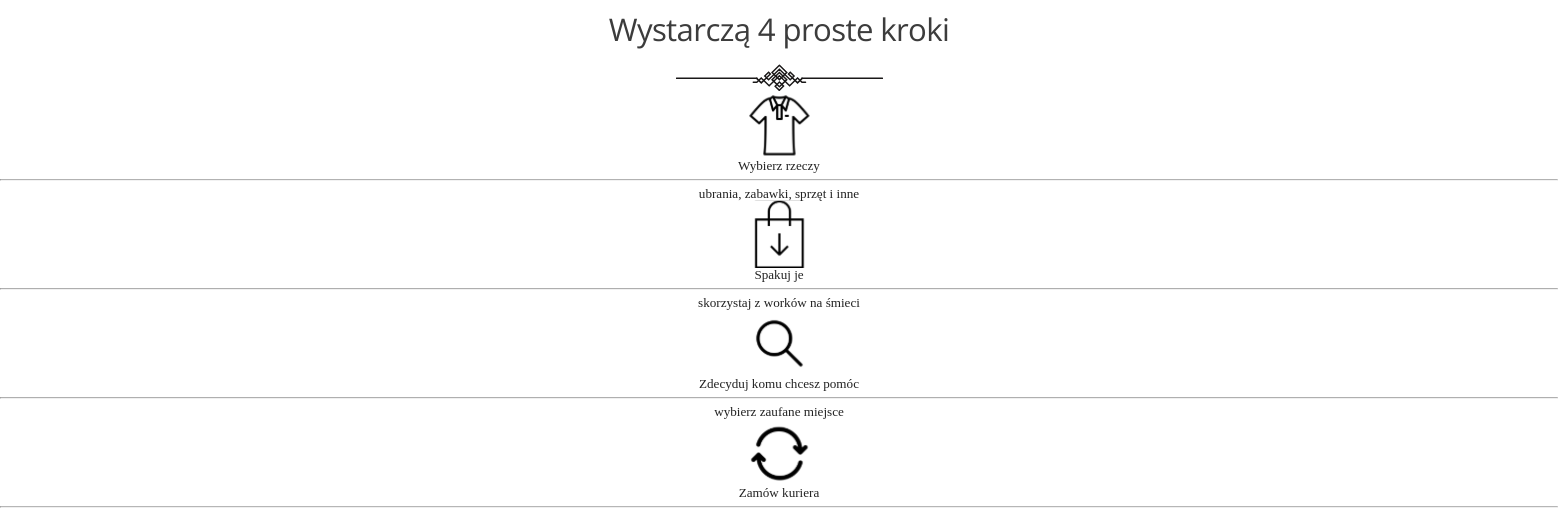
Repository: tomekwoojcik/oddam-w-dobre-rence
Page: /
The author's editor kept a copy of each file at every save. The page is drawn from the files as they stood at one save, then again after the next save.
The browser window is 1280 px wide. The page is 1900 px wide, so the pictures cover 1900 px, including what lies to the right of the window. The pictures show the part of the page from y = 1386 to 2030 px (the page is 2014 px tall before and 2030 px after), at 82% of full size.
The project was rebuilt for these pictures with package versions that can differ from the ones it lists, and the page was loaded fresh each time. Also part of the build but not shown: src/pages/logIn/logIn.js, src/pages/register/register.js.

Above is the page before, as saved 2022-12-07 20:32:00.

### public/index.html
<!DOCTYPE html>
<html lang="en">
  <head>
    <meta charset="utf-8" />
    <link rel="icon" href="%PUBLIC_URL%/favicon.ico" />
    <meta name="viewport" content="width=device-width, initial-scale=1" />
    <meta name="theme-color" content="#000000" />
    <meta
      name="description"
      content="Web site created using create-react-app"
    />
    <link rel="apple-touch-icon" href="%PUBLIC_URL%/logo192.png" />
    <link rel="manifest" href="%PUBLIC_URL%/manifest.json" />
    <title>React App</title>
    <link rel="preconnect" href="https://fonts.googleapis.com">
    <link rel="preconnect" href="https://fonts.gstatic.com" crossorigin>
    <link
      href="https://fonts.googleapis.com/css2?family=Merriweather:ital,wght@0,300;0,400;0,700;0,900;1,300;1,400;1,700;1,900&family=Open+Sans:ital,wght@0,300;0,400;0,500;0,600;0,700;0,800;1,300;1,400;1,500;1,600;1,700;1,800&display=swap"
      rel="stylesheet">
  </head>
  <body>
    <div id="root"></div>
  </body>
</html>

### src/index.js
import React from 'react'
import ReactDOM from 'react-dom/client'
import './scss/main.scss'
import App from './App'
import reportWebVitals from './reportWebVitals'

const root = ReactDOM.createRoot(document.getElementById('root'))
root.render(
  <React.StrictMode>
    <App />
  </React.StrictMode>
)

// If you want to start measuring performance in your app, pass a function
// to log results (for example: reportWebVitals(console.log))
// or send to an analytics endpoint. Learn more: https://bit.ly/CRA-vitals
reportWebVitals()

### src/scss/main.scss
@import './reset';
@import './settings/colors';
@import './settings/fonts';
@import '../components/atoms/buttonsMenu/buttonsMenu';
@import '../components/molecules/navMenu/navMenu';
@import '../components/atoms/buttonsLoginLogout/buttonsLoginLogout';
@import '../components/molecules/navLoginLogout/navLoginLogout';
@import '../components/molecules/menu/menu';
@import '../components/atoms/photoInHeader/photoInHeader.scss';
@import '../components/organisms/header/header';
@import '../components/atoms/partTextInHeader/firstPartText';
@import '../components/molecules/rightPart/rightPart';
@import '../components/molecules/textInHeader/textInHeader';
@import '../components/atoms/decorationAssets/decorationAssets';
@import '../components/molecules/menuRightPartContext/menuRightPartContext';
@import '../components/atoms/buttonsInRightPartContext/buttonsInRightPartContext';
@import '../components/organisms/threeColumns/threeColumns';
@import '../pages/home/home';
@import '../components/molecules/oneColumn/oneColumn';
@import '../components/atoms/counterInColumn/counterInColumn';
@import '../components/atoms/titleInColumn/titleInColumn';
@import '../components/atoms/textInColumn/textInColumn';
@import '../components/atoms/simpleStepsTitle/simpleStepsTitle';
@import '../components/organisms/simpleSteps/simpleSteps';

* {
    font-family: $font-base;
}

### src/App.js
/* eslint-disable react/react-in-jsx-scope */
import { Outlet, Route, Routes } from 'react-router'
import { BrowserRouter } from 'react-router-dom'
import Home from './pages/home/home'
import './App.css'
import LogIn from './pages/logIn/logIn'
import Register from './pages/register/register'

function App () {
  return (
    <div className="App">
      <Outlet />
      <BrowserRouter>
        <Routes>
          <Route path='/' element={<Home />} />
          <Route path='logowanie' element={<LogIn />} />
          <Route path='rejestracja' element={<Register />} />
        </Routes>

      </BrowserRouter>
    </div>
  )
}

export default App

### src/scss/settings/_colors.scss
$white-color: #F0F1F1;
$mustard-color: #5E5322;
$strong-yellow-color: #FAD648;
$grey-color: #737373;
$black-color: #3C3C3C;

### src/components/atoms/buttonsMenu/_buttonsMenu.scss
@import '../../../scss/settings/fonts';
@import '../../../scss/settings/colors';

.buttonItem {
    .button {
        font-size: 18px;
        padding: 9px 20px;
        color: $black-color;
        text-decoration: none;
        font-family: $font-base;
        border: 0.75px solid white;
    }

    .button:hover{
        border: 0.75px solid $black-color;
    }
}

### src/components/molecules/navMenu/_navMenu.scss
@import '../../../scss/settings/fonts';
@import '../../../scss/settings/colors';

.buttonList {
    margin-top: 10px;
    display: flex;
    flex-direction: row;
    justify-content: flex-end;
    margin-right: 142px;
}

### src/components/atoms/buttonsLoginLogout/_buttonsLoginLogout.scss
@import '../../../scss/settings/fonts';
@import '../../../scss/settings/colors';

.buttonMenuItems {
    .buttonMenu {
        font-family: $font-base;
        font-size: 14px;
        text-decoration: none;
        color: $grey-color;
        padding: 9px 10px;
        margin-left: 20px;
        border: 0.75px solid white;
    }

    .buttonMenu:hover{
        border-color: $strong-yellow-color;
    }
}

### src/components/molecules/navLoginLogout/_navLoginLogout.scss
.buttonMenuList{
    display: flex;
    flex-direction: row;
    justify-content: flex-end;
    margin-right: 142px;
    margin-bottom: 60px;
}

### src/components/molecules/menu/_menu.scss
.menu {
    width: 100%;
    margin-top: 37px;
    flex-direction: column;
}

### src/components/atoms/photoInHeader/_photoInHeader.scss
.photoHeader {
    width: 885px;
    height: 963px;
}

### src/components/organisms/header/_header.scss
.header {
    display: flex;
    flex-direction: row;
    width: 1758px;
}

### src/components/atoms/partTextInHeader/_firstPartText.scss
@import '../../../scss/settings/fonts';
@import '../../../scss/settings/colors';

.textInHeader{
    font-family: $font-base;
    font-size: 38px;
    margin-bottom: 10px;
}

### src/components/molecules/rightPart/_rightPart.scss
.rightPartHeader{
    display: flex;
    flex-direction: column;
}

### src/components/molecules/textInHeader/_textInHeader.scss
.textIn{
    margin-top: 210px;
}

### src/components/atoms/decorationAssets/_decorationAssets.scss
.decorationAssets {
    width: 253px;
    height: 33px;
    align-self: center;
    margin-top: 25px;
}

### src/components/molecules/menuRightPartContext/_menuRightPartContext.scss
.menuRightPartContext{
    display: flex;
    flex-direction: row;
    justify-content: center;
    margin-top: 65px;
}

### src/components/atoms/buttonsInRightPartContext/_buttonsInRightPartContext.scss
@import '../../../scss/settings/fonts';
@import '../../../scss/settings/colors';
@import '../../../scss/settings/otherVariables';

.buttonItemMenuContext {
    width: 250px;
    border: $border;
    padding: 13px 51px;

    .buttonMenuContext {

        text-transform: uppercase;
        text-decoration: none;
        color: $black-color;
        font-size: 36px;
        letter-spacing: 0.76px;
        word-wrap: break-word;
        font-family: $font-base;
        font-weight: 300;
    }

}

.buttonItemMenuContext:nth-child(2) {
    margin-left: 44px;
}

### src/scss/settings/_otherVariables.scss
@import '../settings/colors';
@import '../settings/colors';

$border: 0.75px solid $black-color;

### src/components/organisms/threeColumns/_threeColumns.scss
.threeColumns{
    background: url(../../../assets/backGround.png) ;
    width: 100%;
    display: flex;
    flex-direction: row;
    justify-content: space-around;
}

### src/pages/home/_home.scss
.homePage{
    width: 1900px;
    margin: 0 auto;
}

### src/components/molecules/oneColumn/_oneColumn.scss
.oneColumn {
    display: flex;
    flex-direction: column;
    justify-content: center;
    width: 334px;
    height: 252px;
    padding-top: 46px;
    padding-bottom: 86px;

}

### src/components/atoms/counterInColumn/_counterInColumn.scss
@import '../../../scss/settings/fonts';
@import '../../../scss/settings/colors';
@import '../../../scss/settings/otherVariables';

.counterColumn{
    font-size: 90px;
    font-family: $font-base;
    color: $mustard-color;
    font-weight: 300;
}

### src/components/atoms/titleInColumn/_titleInColumn.scss
@import '../../../scss/settings/fonts';
@import '../../../scss/settings/colors';
@import '../../../scss/settings/otherVariables';

.titleColumn{
    text-transform: uppercase;
    font-size: 18px;
    font-family: $font-base;
    letter-spacing: -0.36px;
    color: $black-color;
    margin: 10px 0 28px 0;

}

### src/components/atoms/textInColumn/_textInColumn.scss
@import '../../../scss/settings/fonts';
@import '../../../scss/settings/colors';
@import '../../../scss/settings/otherVariables';


.textColumn{
    font-family: $font-alt;
    font-size: 16px;
    font-weight: lighter;
    color: $black-color;
    letter-spacing: -0.32px;
    line-height: 25px;
}

### src/components/atoms/simpleStepsTitle/_simpleStepsTitle.scss
@import '../../../scss/settings/fonts';
@import '../../../scss/settings/colors';
@import '../../../scss/settings/otherVariables';

.simpleStepsTitle {
    font-size: 38px;
    font-family: $font-base;
    letter-spacing: -0.76px;
    color: $black-color;
    font-weight: 300;
}

### src/components/organisms/simpleSteps/_simpleSteps.scss
.simpleSteps{
    margin-top: 55px;
}

### src/pages/home/home.js
import React from 'react'
import Header from '../../components/organisms/header/header'
import SimpleSteps from '../../components/organisms/simpleSteps/simpleSteps'
import ThreeColumns from '../../components/organisms/threeColumns/threeColumns'

const Home = () => {
  return (
    <div className='homePage'>
      <Header />
      <ThreeColumns />
      <SimpleSteps/>
    </div>
  )
}

export default Home

### src/components/organisms/header/header.js
import React from 'react'
import PhotoInHeader from '../../atoms/photoInHeader/photoInHeader'
import RightPart from '../../molecules/rightPart/rightPart'
const Header = () => {
  return (
    <header className='header'>
      <PhotoInHeader />
      <RightPart />
    </header>

  )
}

export default Header

### src/components/organisms/simpleSteps/simpleSteps.js
import React from 'react'
import SimpleStepsTitle from '../../atoms/simpleStepsTitle/simpleStepsTitle'
import DecorationAssets from '../../atoms/decorationAssets/decorationAssets'
import SimpleStepsBar from '../../molecules/simpleStepsBar/simpleStepsBar'

const SimpleSteps = () => {
  return (
    <div className='simpleSteps'>
          <SimpleStepsTitle text={'Wystarczą 4 proste kroki'} />
          <DecorationAssets />
          <SimpleStepsBar/>
    </div>
  )
}

export default SimpleSteps

### src/components/organisms/threeColumns/threeColumns.js
import React from 'react'
import OneColumn from '../../molecules/oneColumn/oneColumn'

const ThreeColumns = () => {
  return (
        <div className='threeColumns'>
          <OneColumn counter={'10'} title={'Oddanych worków'} text={'Lorem ipsum dolor sit amet, consectetur adipisc Pellentesque vel enim a elit viverra elementuma. Aliquam erat volutpat.'} />
          <OneColumn counter={'5'} title={'Wspartych organizacji'} text={'Lorem ipsum dolor sit amet, consectetur adipisc Pellentesque vel enim a elit viverra elementuma. Aliquam erat volutpat.'} />
          <OneColumn counter={'7'} title={'Zorganizowanych zbiórek'} text={'Lorem ipsum dolor sit amet, consectetur adipisc Pellentesque vel enim a elit viverra elementuma. Aliquam erat volutpat.'} />
        </div>
  )
}

export default ThreeColumns

### src/components/atoms/photoInHeader/photoInHeader.js
import React from 'react'
import Image from '../../../assets/Home-Hero-Image.jpg'

const PhotoInHeader = () => {
  return (
    <img className='photoHeader' src={Image} />
  )
}

export default PhotoInHeader

### src/components/molecules/rightPart/rightPart.js
import React from 'react'
import Menu from '../menu/menu'
import RightPartContext from '../rightPartContext/rightPartContext'

const RightPart = () => {
  return (
    <div className='rightPartHeader'>
      <Menu />
      <RightPartContext />
    </div>
  )
}

export default RightPart

### src/components/atoms/simpleStepsTitle/simpleStepsTitle.js
/* eslint-disable react/prop-types */
import React from 'react'

const SimpleStepsTitle = ({ text }) => {
  return (
        <h4 className='simpleStepsTitle'>{text}</h4>
  )
}

export default SimpleStepsTitle

### src/components/atoms/decorationAssets/decorationAssets.js
import React from 'react'
import DecoratorImage from '../../../assets/Decoration.svg'
const DecorationAssets = () => {
  return (
        <img className="decorationAssets" src={DecoratorImage} />
  )
}

export default DecorationAssets

### src/components/molecules/simpleStepsBar/simpleStepsBar.js
import React from 'react'
import SimpleStepsColumn from '../../atoms/simpleStepsColumn/simpleStepsColumn'
import IconOne from '../../../assets/Icon-1.svg'
import IconSec from '../../../assets/Icon-2.svg'
import IconThr from '../../../assets/Icon-3.svg'
import IconFou from '../../../assets/Icon-4.svg'

const SimpleStepsBar = () => {
  return (
        <div className='simpleStepsBar'>
          <SimpleStepsColumn source={IconOne} simpleStepsColumnTitle={'Wybierz rzeczy'} simpleStepsColumnText={'ubrania, zabawki, sprzęt i inne'} />
          <SimpleStepsColumn source={IconSec} simpleStepsColumnTitle={'Spakuj je'} simpleStepsColumnText={'skorzystaj z worków na śmieci'} />
          <SimpleStepsColumn source={IconThr} simpleStepsColumnTitle={'Zdecyduj komu chcesz pomóc'} simpleStepsColumnText={'wybierz zaufane miejsce'} />
          <SimpleStepsColumn source={IconFou} simpleStepsColumnTitle={'Zamów kuriera'} simpleStepsColumnText={''} />
        </div>
  )
}

export default SimpleStepsBar

### src/components/molecules/oneColumn/oneColumn.js
/* eslint-disable react/prop-types */
import React from 'react'
import CounterInColumn from '../../atoms/counterInColumn/counterInColumn'
import TextInColumn from '../../atoms/textInColumn/textInColumn'
import TitleInColumn from '../../atoms/titleInColumn/titleInColumn'

const OneColumn = ({ counter, title, text }) => {
  return (
        <div className='oneColumn'>
            <CounterInColumn counterColumn={counter} />
            <TitleInColumn titleColumn={title} />
            <TextInColumn textColumn={text} />
        </div>
  )
}

export default OneColumn

### src/components/molecules/menu/menu.js
import React from 'react'
import NavLoginLogout from '../navLoginLogout/navLoginLogout'
import NavMenu from '../navMenu/navMenu'

const Menu = () => {
  return (
    <div className='menu'>
      <NavLoginLogout />
      <NavMenu />
    </div>
  )
}

export default Menu

### src/components/molecules/rightPartContext/rightPartContext.js
import React from 'react'
import DecorationAssets from '../../atoms/decorationAssets/decorationAssets'
import MenuRightPartContext from '../menuRightPartContext/menuRightPartContext'
import TextInHeader from '../textInHeader/textInHeader'

const RightPartContext = () => {
  return (
      <div className='rightPartContext'>
          <TextInHeader />
          <DecorationAssets />
          <MenuRightPartContext/>
        </div>
  )
}

export default RightPartContext

### src/components/atoms/simpleStepsColumn/simpleStepsColumn.js
/* eslint-disable react/prop-types */
import React from 'react'

const SimpleStepsColumn = ({ source, simpleStepsColumnTitle, simpleStepsColumnText }) => {
  return (
    <div className='simpleStepsColumn'>
          <img src={source} />
          <h4>{simpleStepsColumnTitle}</h4>
          <hr />
          <p>{simpleStepsColumnText}</p>
    </div>
  )
}

export default SimpleStepsColumn

### src/components/atoms/counterInColumn/counterInColumn.js
/* eslint-disable react/prop-types */
import React from 'react'

const CounterInColumn = ({ counterColumn }) => {
  return (
    <h3 className='counterColumn'>{counterColumn}</h3>
  )
}

export default CounterInColumn

### src/components/atoms/textInColumn/textInColumn.js
/* eslint-disable react/prop-types */
import React from 'react'

const TextInColumn = ({ textColumn }) => {
  return (
      <p className='textColumn'>{ textColumn }</p>
  )
}

export default TextInColumn

### src/components/atoms/titleInColumn/titleInColumn.js
/* eslint-disable react/prop-types */
import React from 'react'

const TitleInColumn = ({ titleColumn }) => {
  return (
      <h4 className='titleColumn'>{titleColumn}</h4>
  )
}

export default TitleInColumn

### src/components/molecules/navLoginLogout/navLoginLogout.js
import React from 'react'
import ButtonsLoginLogout from '../../atoms/buttonsLoginLogout/buttonsLoginLogout'

const NavLoginLogout = () => {
  return (
        <ul className='buttonMenuList'>
          <ButtonsLoginLogout source={'logowanie'} buttonName={'Zaloguj'} />
          <ButtonsLoginLogout source={'rejestracja'} buttonName={'Załóź konto'} />
        </ul>
  )
}

export default NavLoginLogout

### src/components/molecules/navMenu/navMenu.js
import React from 'react'
import ButtonsMenu from '../../atoms/buttonsMenu/buttonsMenu'

const NavMenu = () => {
  return (
        <ul className='buttonList'>
          <ButtonsMenu source={'/'} linkName={'Start'} />
          <ButtonsMenu source={'/'} linkName={'O co chodzi?'} />
          <ButtonsMenu source={'/'} linkName={'O nas'} />
          <ButtonsMenu source={'/'} linkName={'Fundacje i organizacje'} />
          <ButtonsMenu source={'/'} linkName={'Kontakt'} />
        </ul>
  )
}

export default NavMenu

### src/components/molecules/menuRightPartContext/menuRightPartContext.js
import React from 'react'
import ButtonsInRightPartContext from '../../atoms/buttonsInRightPartContext/buttonsInRightPartContext'

const MenuRightPartContext = () => {
  return (
      <ul className='menuRightPartContext'>
      <ButtonsInRightPartContext source={'#'} buttonName={'Oddaj rzeczy'} />
      <ButtonsInRightPartContext source={'#'} buttonName={'Zorganizuj zbiórke'} />
    </ul>
  )
}

export default MenuRightPartContext

### src/components/molecules/textInHeader/textInHeader.js
import React from 'react'
import FirstPartText from '../../atoms/partTextInHeader/firstPartText'

const TextInHeader = () => {
  return (
        <div className='textIn'>
          <FirstPartText textHeader={'Zacznij pomagać!'} />
          <FirstPartText textHeader={'Oddaj niechciane rzeczy w zaufane ręce'} />
        </div>
  )
}

export default TextInHeader

### src/components/atoms/buttonsLoginLogout/buttonsLoginLogout.js
/* eslint-disable react/prop-types */
import React from 'react'
import { NavLink } from 'react-router-dom'

const ButtonsLoginLogout = ({ source, buttonName }) => {
  return (
        <li className='buttonMenuItems'><NavLink className='buttonMenu' to={source}>{buttonName}</NavLink></li>
  )
}

export default ButtonsLoginLogout

### src/components/atoms/buttonsMenu/buttonsMenu.js
import React from 'react'
import { NavLink } from 'react-router-dom'

// eslint-disable-next-line react/prop-types
const ButtonsMenu = ({ source, linkName }) => {
  return (
        <li className='buttonItem'><NavLink className="button" to={source}>{linkName}</NavLink></li>
  )
}

export default ButtonsMenu

### src/components/atoms/buttonsInRightPartContext/buttonsInRightPartContext.js
import React from 'react'
import { NavLink } from 'react-router-dom'

// eslint-disable-next-line react/prop-types
const ButtonsInRightPartContext = ({ source, buttonName }) => {
  return (
    <li className='buttonItemMenuContext'><NavLink className='buttonMenuContext' to={source}>{buttonName}</NavLink></li>
  )
}

export default ButtonsInRightPartContext

### src/components/atoms/partTextInHeader/firstPartText.js
import React from 'react'

// eslint-disable-next-line react/prop-types
const FirstPartText = ({ textHeader }) => {
  return (
    <h3 className='textInHeader'>{textHeader}</h3>
  )
}

export default FirstPartText

Loaded but not shown: src/reportWebVitals.js (common file); src/scss/_reset.scss (common file); src/scss/settings/_fonts.scss (common file); src/App.css (common file)

After the next save:
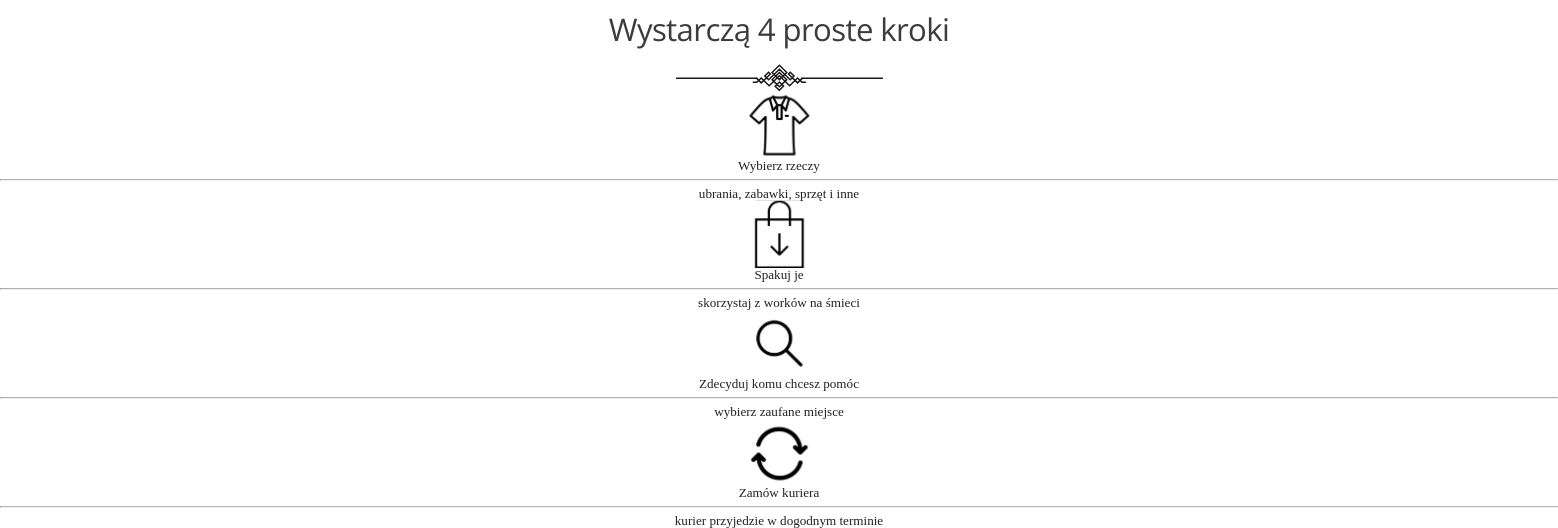
Saved 13 s later.
--- a/src/components/molecules/simpleStepsBar/simpleStepsBar.js
+++ b/src/components/molecules/simpleStepsBar/simpleStepsBar.js
@@ -11,7 +11,7 @@ const SimpleStepsBar = () => {
           <SimpleStepsColumn source={IconOne} simpleStepsColumnTitle={'Wybierz rzeczy'} simpleStepsColumnText={'ubrania, zabawki, sprzęt i inne'} />
           <SimpleStepsColumn source={IconSec} simpleStepsColumnTitle={'Spakuj je'} simpleStepsColumnText={'skorzystaj z worków na śmieci'} />
           <SimpleStepsColumn source={IconThr} simpleStepsColumnTitle={'Zdecyduj komu chcesz pomóc'} simpleStepsColumnText={'wybierz zaufane miejsce'} />
-          <SimpleStepsColumn source={IconFou} simpleStepsColumnTitle={'Zamów kuriera'} simpleStepsColumnText={''} />
+          <SimpleStepsColumn source={IconFou} simpleStepsColumnTitle={'Zamów kuriera'} simpleStepsColumnText={'kurier przyjedzie w dogodnym terminie'} />
         </div>
   )
 }
